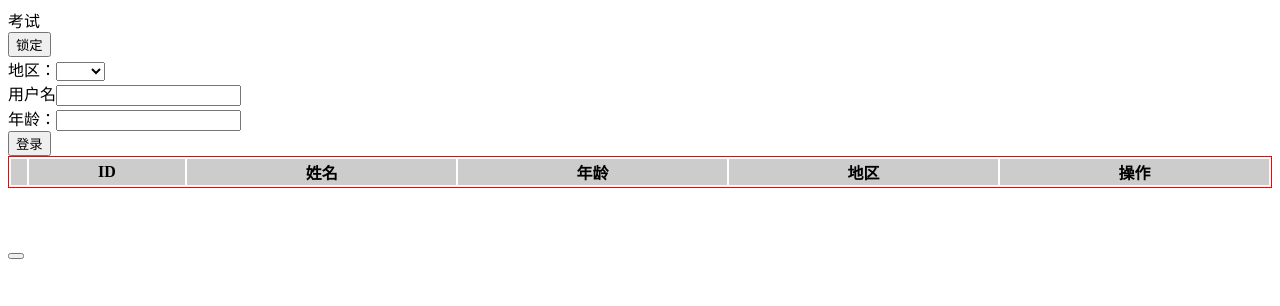
Repository: Sjl-2114/2006z
Page: / (app in A卷/vue-kaoshi/)
An editor plug-in stored every save of this project. The page is shown before and after a run of saves, followed by the edit.
The browser window is 1280 px wide. The pictures show the whole page.
The project was rebuilt for these pictures with package versions that can differ from the ones it lists, and the page was loaded fresh each time.

Above is the page before, as saved 2021-04-28 16:12:51.

### A卷/vue-kaoshi/src/App.vue
<template>
  <div>
    考试
    <br>
    <button>{{das}}</button>
    <br>
    <span>地区：</span>
    <select v-model="ss">
      <option :value="item.name" v-for="(item, index) in list" :key="index" >
          {{item.name}}
      </option>
    </select>
    <br>
    <span>用户名</span>
    <input type="text" v-model="username">
    <br>
    <span>年龄：</span>
    <input type="number" v-model="age">
    <br>
    <button @click="abb" v-if="isShow">登录</button>
    <button @click="xiu" v-else>修改</button>
    <br>
    <table style="width:100%" class="table">
        <thead>
          <tr>
            <th></th>
            <th>ID</th>
            <th>姓名</th>
            <th>年龄</th>
            <th>地区</th>
            <th>操作</th>

          </tr>
        </thead>
        <tbody>
          <tr v-for="(item, index) in goods" :key="index">
            <td>
              <input type="checkbox">
            </td>
            <td>{{item.id}}</td>
            <td>{{item.username}}</td>
            <td>{{item.age}}</td>
            <td>{{item.ss}}</td>
            <td>
              <button @click="gai(index)">修改</button>
              <button @click="del(index)">删除</button>
            </td>
          </tr>
        </tbody>

    </table>
    <br>
    <br>
    <br>
    <div>
      <button></button>
    </div>
  </div>
</template>
<script>
  import data from '../public/data.json'
export default {
  data() {
    return {
      das:'锁定',
      list: data.data,
      username:'',
      age:'',
      isShow:true,
      goods:[],
      num:1,
      ss:'',
    }
  },
  methods:{
    abb(){
        let obj = {
          username :this.username,
          age:this.age,
          isShow:this.isShow,
          id:this.num++,
          ss:this.ss
        }

        this.goods.push(obj)
    },
    del(index){
        this.goods.splice(index,1)
    }
  },

}
</script>
<style>
  .table{
    text-align: center;
    border: 1px solid red;
  }
  thead{
    background: #ccc;
  }
  td{
    border: 1px solid #ccc;
  }
</style>

### A卷/vue-kaoshi/public/data.json
{
  "data": [
    {
      "id": 1,
      "name": "北京"
    },
    {
      "id": 2,
      "name": "上海"
    },
    {
      "id": 3,
      "name": "广州"
    },
    {
      "id": 4,
      "name": "成都"
    }
  ]
}

Loaded but not shown: A卷/vue-kaoshi/public/index.html (common file); A卷/vue-kaoshi/src/main.js (common file)

After the next 2 saves:
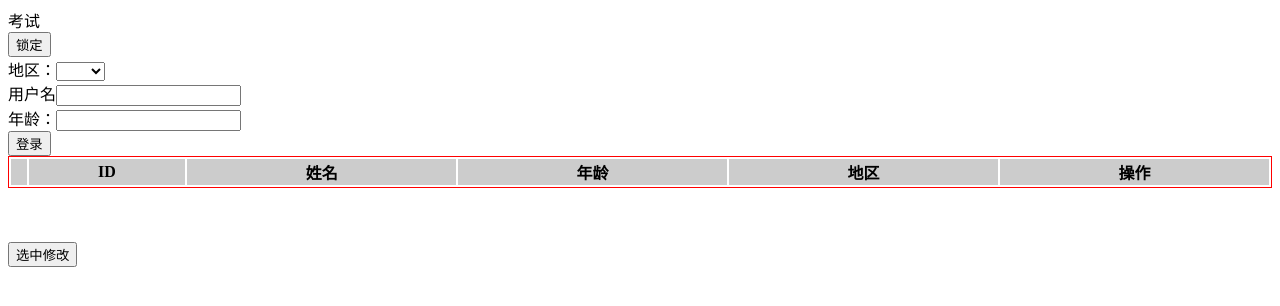
The 2 saves are shown as one change because they came seconds apart.
The last was saved 10 s later.
--- a/A卷/vue-kaoshi/src/App.vue
+++ b/A卷/vue-kaoshi/src/App.vue
@@ -53,7 +53,7 @@
     <br>
     <br>
     <div>
-      <button></button>
+      <button>选中修改</button>
     </div>
   </div>
 </template>
